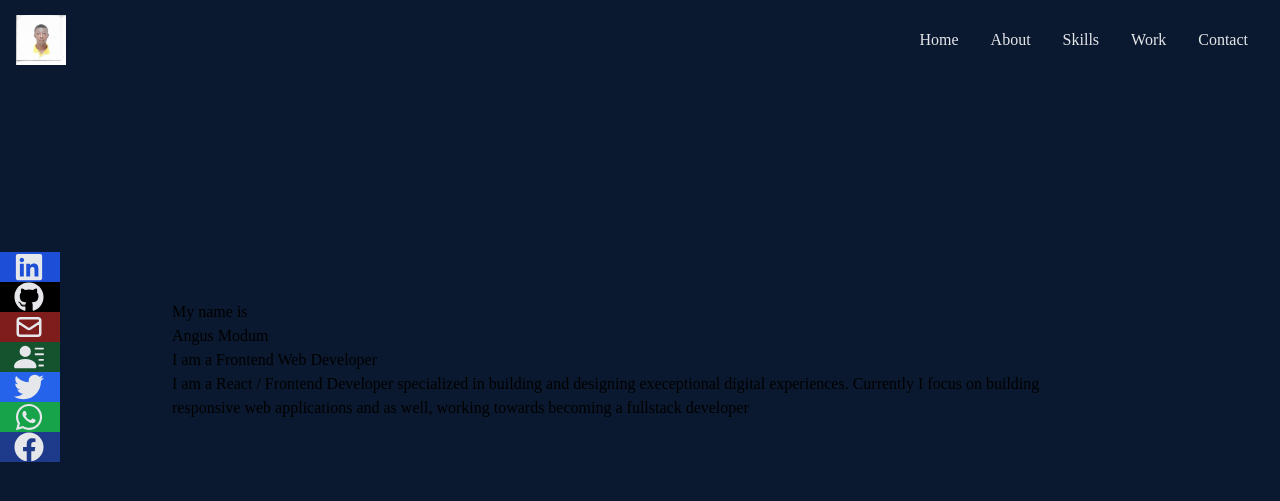
Repository: AngusOnyebuchi/Dashboard
Page: /
These files come from the project's save history. The page is drawn as it stood at one moment and after the next save; the edit follows.
The browser window is 1280 px wide. The pictures show the whole page.
The project was rebuilt for these pictures with package versions that can differ from the ones it lists, and the page was loaded fresh each time.

Above is the page before, as saved 2022-04-13 22:17:16.

### public/index.html
<!DOCTYPE html>
<html lang="en">
  <head>
    <meta charset="utf-8" />
    <link rel="icon" href="%PUBLIC_URL%/favicon.ico" />
    <meta name="viewport" content="width=device-width, initial-scale=1" />
    <meta name="theme-color" content="#000000" />
    <meta
      name="description"
      content="Web site created using create-react-app"
    />
    <link rel="apple-touch-icon" href="%PUBLIC_URL%/logo192.png" />
    <!--
      manifest.json provides metadata used when your web app is installed on a
      user's mobile device or desktop. See https://developers.google.com/web/fundamentals/web-app-manifest/
    -->
    <link rel="manifest" href="%PUBLIC_URL%/manifest.json" />
    <!--
      Notice the use of %PUBLIC_URL% in the tags above.
      It will be replaced with the URL of the `public` folder during the build.
      Only files inside the `public` folder can be referenced from the HTML.

      Unlike "/favicon.ico" or "favicon.ico", "%PUBLIC_URL%/favicon.ico" will
      work correctly both with client-side routing and a non-root public URL.
      Learn how to configure a non-root public URL by running `npm run build`.
    -->
    <title>Tenzies Game</title>
  </head>
  <body>
    <noscript>You need to enable JavaScript to run this app.</noscript>
    <div id="root"></div>
    <!--
      This HTML file is a template.
      If you open it directly in the browser, you will see an empty page.

      You can add webfonts, meta tags, or analytics to this file.
      The build step will place the bundled scripts into the <body> tag.

      To begin the development, run `npm start` or `yarn start`.
      To create a production bundle, use `npm run build` or `yarn build`.
    -->
  </body>
</html>

### src/index.js
import React from "react";
import ReactDOM from "react-dom";
import "./style.css"
import App from "./App";

ReactDOM.render(<App/>, document.getElementById("root"))

### src/style.css
@tailwind base;
@tailwind components;
@tailwind utilities;

@layer base {
    body{
        @apply font-[Railway];
    }
    li {
        @apply px-4;
        @apply cursor-pointer;
    }
}

### src/App.js
import React from "react";
import NavBar from "./components/NavBar"
import Home from "./components/Home"

export default function App() {
    return (
        <div>
          <NavBar/>
          <Home/>
        </div>
    )
}

### src/components/NavBar.js
import React, {useState} from "react";
import {FaBars, FaTimes, FaGithub, FaFacebook, FaTwitter, FaWhatsapp, FaLinkedin} from "react-icons/fa"
import {HiOutlineMail} from "react-icons/hi"
import {BsFillPersonLinesFill} from "react-icons/bs"
import Logo from "../images/passport.jpg"

export default function NavBar() {

  const [nav, setNav] = useState(true)
  const handleClick = () => setNav(!nav)
  return(
    <div className="fixed w-full h-[80px] flex justify-between items-center px-4 bg-[#0a192f] text-gray-200 ">

       <div>
          <img src={Logo} alt="Logo Image" style={{width: "50px"}}/>
       </div>

         {/* Menu */}
         <ul className="hidden md:flex">
            <li>Home</li>
            <li>About</li>
            <li>Skills</li>
            <li>Work</li>
            <li>Contact</li>
         </ul>

       {/* Hamburger */}
       <div onClick={handleClick} className="md:hidden z-10">
          {nav ? <FaBars/> : <FaTimes/>}
       </div>

       {/* Mobile menu*/}
       <ul className={nav ? "hidden" : "absolute top-0 left-0 w-full h-screen bg-inherit flex flex-col justify-center items-center md:hidden"}>
            <li className="py-6 text-4xl">Home</li>
            <li className="py-6 text-4xl">About</li>
            <li className="py-6 text-4xl">Skills</li>
            <li className="py-6 text-4xl">Work</li>
            <li className="py-6 text-4xl">Contact</li>
       </ul>

       {/**Social Icons */}
       <div className="hidden lg:flex fixed flex-col top-[35%] left-0">
         <ul>

           <li className="w-[160px] h-60px flex justify-between items-center ml-[-100px] hover:ml-[-10px] duration-300 bg-blue-700">
             <a className="flex justify-between items-center w-full text-gray-200 "
                href="/">
               LinkedIn <FaLinkedin size={30}/>
             </a>
           </li>

           <li className="w-[160px] h-60px flex justify-between items-center ml-[-100px] hover:ml-[-10px] duration-300 bg-black">
             <a className="flex justify-between items-center w-full text-gray-200 "
                href="/">
               Github <FaGithub size={30}/>
             </a>
           </li>

           <li className="w-[160px] h-60px flex justify-between items-center ml-[-100px] hover:ml-[-10px] duration-300 bg-red-900">
             <a className="flex justify-between items-center w-full text-gray-200 "
                href="/">
               Email <HiOutlineMail size={30}/>
             </a>
           </li>

           <li className="w-[160px] h-60px flex justify-between items-center ml-[-100px] hover:ml-[-10px] duration-300 bg-green-900">
             <a className="flex justify-between items-center w-full text-gray-200 "
                href="/">
               Resume <BsFillPersonLinesFill size={30}/>
             </a>
           </li>

           <li className="w-[160px] h-60px flex justify-between items-center ml-[-100px] hover:ml-[-10px] duration-300 bg-blue-600">
             <a className="flex justify-between items-center w-full text-gray-200 "
                href="/">
               Twitter <FaTwitter size={30}/>
             </a>
           </li>

           <li className="w-[160px] h-60px flex justify-between items-center ml-[-100px] hover:ml-[-10px] duration-300 bg-green-600">
             <a className="flex justify-between items-center w-full text-gray-200 "
                href="/">
               Whatsapp <FaWhatsapp size={30}/>
             </a>
           </li>

           <li className="w-[160px] h-60px flex justify-between items-center ml-[-100px] hover:ml-[-10px] duration-300 bg-blue-900">
             <a className="flex justify-between items-center w-full text-gray-200 "
                href="/">
               Facebook <FaFacebook size={30}/>
             </a>
           </li>

         </ul>
       </div>

    </div>
  )
}

### src/components/Home.js
import React from "react";
import { HiArrowNarrowRight} from "react-icons/hi"

export default function Home() {
    return (
        <div name="home" className="w-full h-screen bg-[#0a192f] ">

            {/** Container */}
            <div className="max-w-[1000px] mx-auto px-8 flex flex-col justify-center h-full">
               <p>My name is</p>
               <h1>Angus Modum</h1>
               <h2>I am a Frontend Web Developer </h2>
               <p>I am a React / Frontend Developer specialized in building and designing execeptional digital experiences. Currently I focus on building responsive web applications and as well, working towards becoming a fullstack developer</p>
            </div>
        </div>
    )
}

Loaded but not shown: tailwind.config.js (common file)

After the next save:
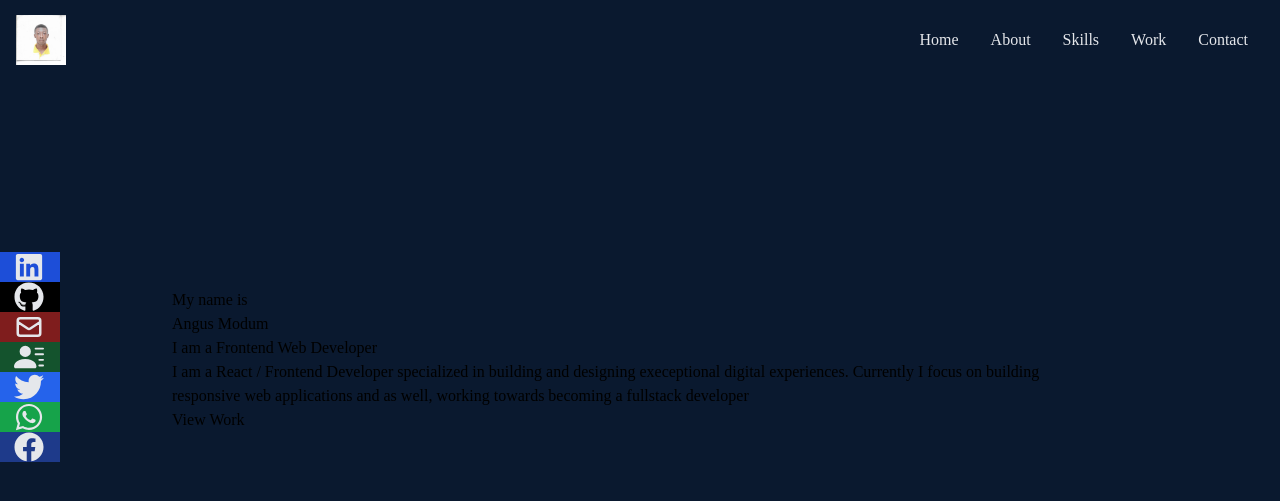
Saved 2 min 45 s later.
--- a/src/components/Home.js
+++ b/src/components/Home.js
@@ -11,6 +11,9 @@ export default function Home() {
                <h1>Angus Modum</h1>
                <h2>I am a Frontend Web Developer </h2>
                <p>I am a React / Frontend Developer specialized in building and designing execeptional digital experiences. Currently I focus on building responsive web applications and as well, working towards becoming a fullstack developer</p>
+               <div>
+                   <button>View Work</button>
+               </div>
             </div>
         </div>
     )
